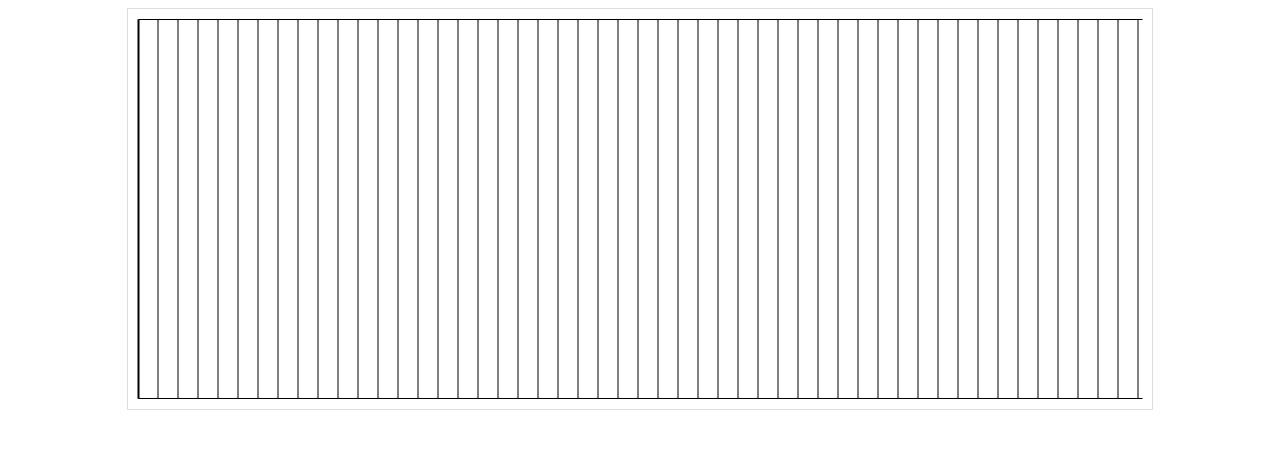
Repository: cw19931024/Demo
Page: canvas.html
The author's editor kept a copy of each file at every save. The page is drawn from the files as they stood at one save, then again after the next save.
The browser window is 1280 px wide. The pictures show the whole page.

Above is the page before, as saved 2017-07-26 18:07:11.

After the next save:
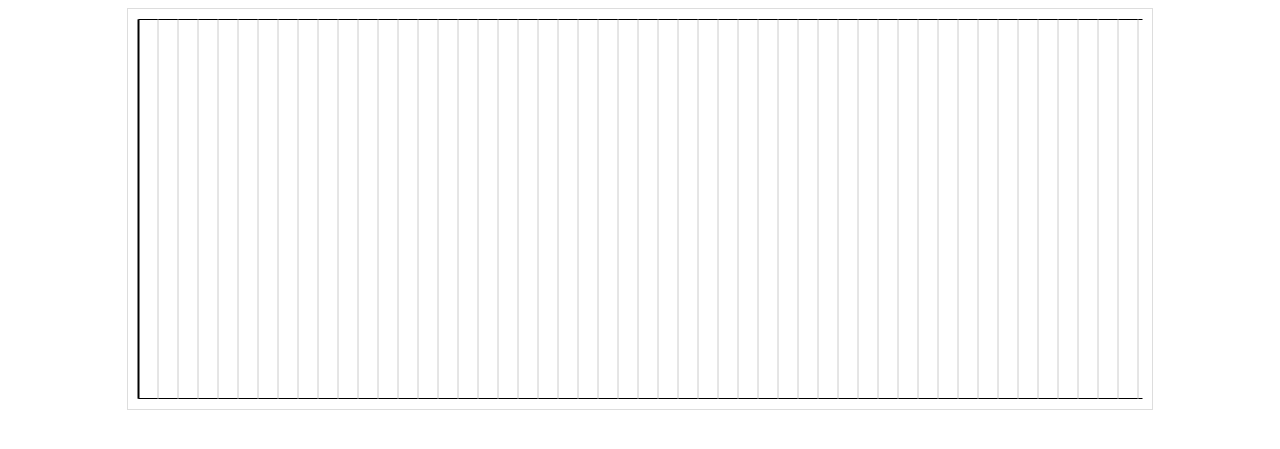
Saved 9 s later.
--- a/canvas.html
+++ b/canvas.html
@@ -53,7 +53,7 @@
     for (var i = 20; i < width; i+=20) {
         context.beginPath();
         context.lineWidth = 1;
-        // context.strokeStyle='#ccc';
+        context.strokeStyle='#ccc';
         context.moveTo(i +10, height - padding - 10);
         context.lineTo(i +10, padding + 10);
         context.stroke();

After the save that followed:
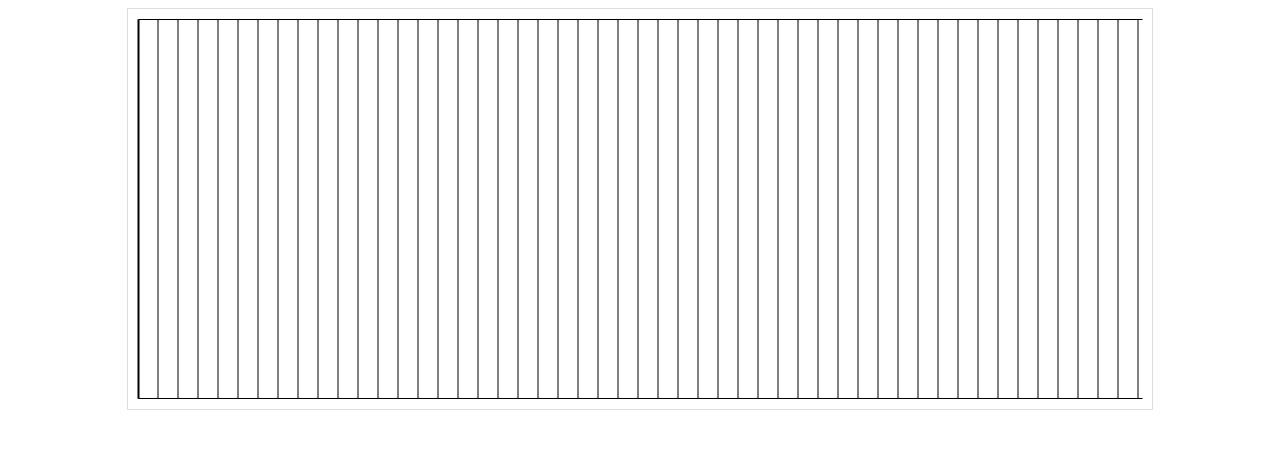
Saved 8 s later.
--- a/canvas.html
+++ b/canvas.html
@@ -53,7 +53,7 @@
     for (var i = 20; i < width; i+=20) {
         context.beginPath();
         context.lineWidth = 1;
-        context.strokeStyle='#ccc';
+        context.strokeStyle='black';
         context.moveTo(i +10, height - padding - 10);
         context.lineTo(i +10, padding + 10);
         context.stroke();
